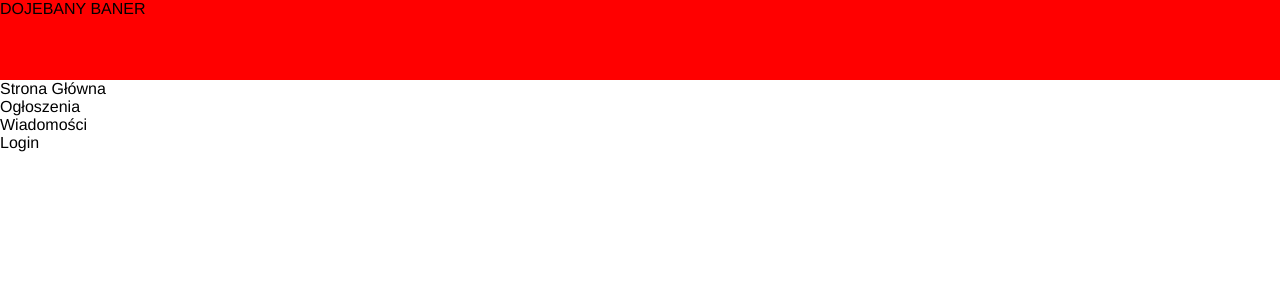
Repository: PatrykStawik/projectppz
Page: /Login
An editor plug-in stored every save of this project. The page is shown before and after a run of saves, followed by the edit.
The browser window is 1280 px wide. The pictures show the whole page.
The project was rebuilt for these pictures with package versions that can differ from the ones it lists, and the page was loaded fresh each time. The framework's server and built-in components were replaced by stand-ins that run in the browser.

Above is the page before, as saved 2021-05-21 21:33:10.

After the next 4 saves:
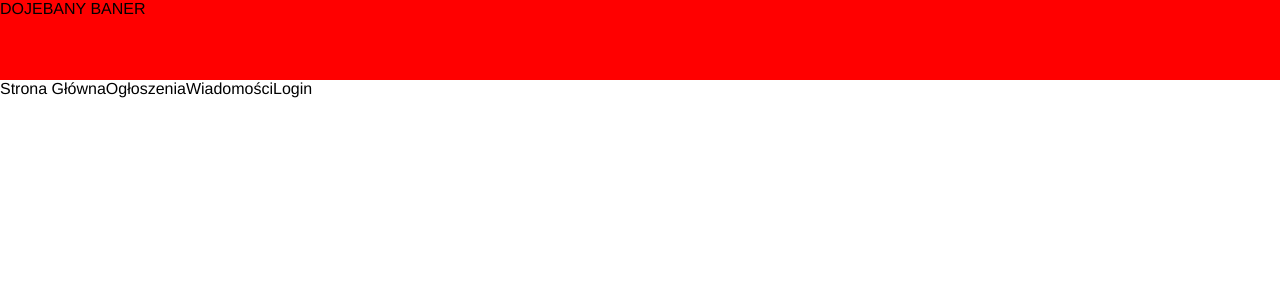
The 4 saves are shown as one change because they came seconds apart.
The last was saved 16 s later.
--- a/components/Header/Header.tsx
+++ b/components/Header/Header.tsx
@@ -7,6 +7,9 @@ const Wrapper = styled.header`
   .baner {
     height: 80px;
     background-color: ${colors.red};
+  }
+  .menu{
+    display: flex;
   }
 `;
 
